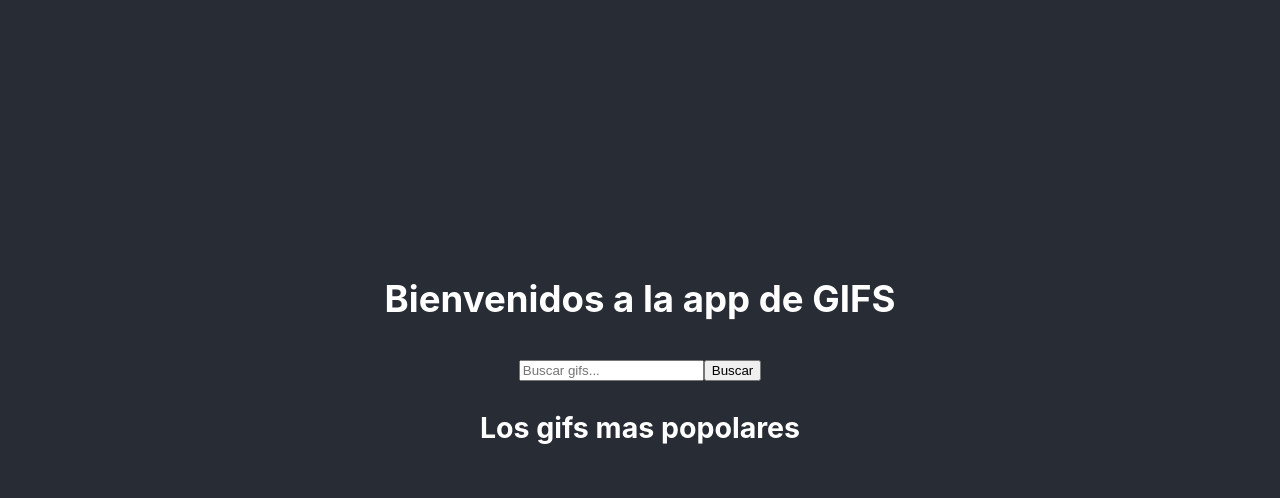
Repository: DamianBermudez94/buscador-gifs
Page: /
These files come from the project's save history. The page is drawn as it stood at one moment and after the next save; the edit follows.
The browser window is 1280 px wide. The pictures show the whole page.
The project was rebuilt for these pictures with package versions that can differ from the ones it lists, and the page was loaded fresh each time. Also part of the build but not shown: src/component/gifs.css, src/component/gif.js, src/api/urlApi.js, src/component/ListOfGifs.js, src/pages/searchResults/index.js.

Above is the page before, as saved 2022-10-10 18:46:58.

### src/App.js
import React from 'react';
import './App.css';
import ListOfGifs from './component/ListOfGifs';
import Home from './pages/home';
import {Link, Route} from "wouter"
import SearchResults from './pages/searchResults';


export function App() {
  return (
    <div className="App">
      <section className="App-content">
          <h1>Bienvenidos a la app de GIFS</h1>
          <Route
          component={Home}
          path="/"
          />
          <Route
            component={SearchResults}
            path="/search/:keyword"/>



      </section>
    </div>
  );
}

export default App;

### src/App.css
.App {
  text-align: center;
}



.App-content {
  background-color: #282c34;
  min-height: 100vh;
  display: flex;
  flex-direction: column;
  align-items: center;
  justify-content: center;
  font-size: calc(10px + 2vmin);
  color: white;
}

### src/pages/home/index.js
import React, {useState} from "react";
import {Link, useLocation} from "wouter";

const POPULAR_GIFS = ["Matrix", "Messi","Code","Gamming"];


export default function Home(){
    const [keyword, setKeyword] = useState('');
    const [path, pushLocation] = useLocation();
    const handleSubmit = event =>{
        event.preventDefault();
        // navegar a otra ruta
        pushLocation(`/search/${keyword}`)
    }
    const handleChanche = event =>{
        setKeyword(event.target.value);
    }
    return (
        <div>
            <form onSubmit={handleSubmit}>
                <input placeholder="Buscar gifs..." onChange={handleChanche} type="text" value={keyword} />
                <button>Buscar</button>
            </form>
            <h3 className="App-title">Los gifs mas popolares</h3>
            <ul>
                {POPULAR_GIFS.map((popularesGifs)=>{
                    <li key={popularesGifs}>
                        <Link to={`/search/${popularesGifs}`}>Gifs de {popularesGifs}</Link>
                    </li>
                })}
            </ul>
        </div>
    )
}

Loaded but not shown: public/index.html (common file); src/index.js (common file); src/index.css (common file); src/reportWebVitals.js (common file)

After the next save:
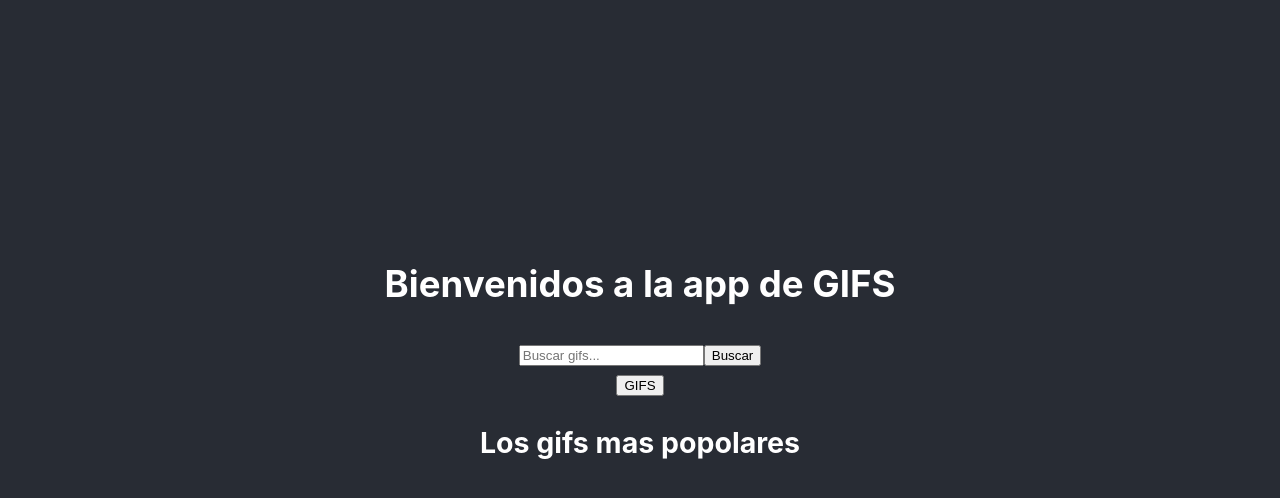
Saved 100 s later.
--- a/src/pages/home/index.js
+++ b/src/pages/home/index.js
@@ -21,6 +21,9 @@ export default function Home(){
                 <input placeholder="Buscar gifs..." onChange={handleChanche} type="text" value={keyword} />
                 <button>Buscar</button>
             </form>
+            <Link to="/">
+                <button>GIFS</button>
+            </Link>
             <h3 className="App-title">Los gifs mas popolares</h3>
             <ul>
                 {POPULAR_GIFS.map((popularesGifs)=>{
